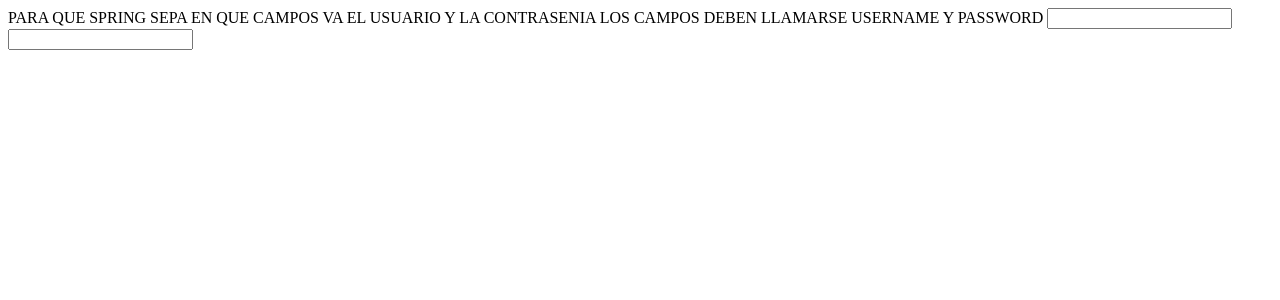
Repository: pauloesc/AprendiendoSpring1
Page: http://localhost/SpringModulo6/miFormularioLogin
An editor plug-in stored every save of this project. The page is shown before and after the next save, followed by the edit.
The browser window is 1280 px wide. The pictures show the whole page.
The page is served by Tomcat 9. Other server files are loaded and not shown.

Above is the page before, as saved 2024-01-10 20:00:47.

### SpringModulo6/src/main/webapp/WEB-INF/vistas/login.jsp
<%@ page language="java" contentType="text/html; charset=UTF-8"
    pageEncoding="UTF-8"%>

    <%@ taglib uri="http://www.springframework.org/tags/form" prefix="form" %>

<!DOCTYPE html>
<html>
<head>
<meta charset="UTF-8">
<title>Insert title here</title>
</head>
<body>

<form:form action="${pageContext.request.contextPath}/urlLogin" method="POST">

PARA QUE SPRING SEPA EN QUE CAMPOS VA EL USUARIO Y LA CONTRASENIA LOS
CAMPOS DEBEN LLAMARSE USERNAME Y PASSWORD
<input type="text" name="username"/>
<input type="password"  name="password">

</form:form>

</body>
</html>

After the next save:
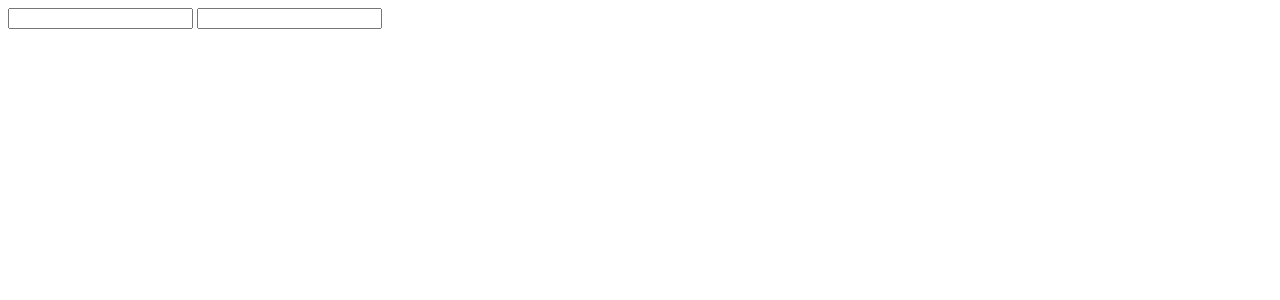
Saved 19 s later.
--- a/SpringModulo6/src/main/webapp/WEB-INF/vistas/login.jsp
+++ b/SpringModulo6/src/main/webapp/WEB-INF/vistas/login.jsp
@@ -13,8 +13,8 @@
 
 <form:form action="${pageContext.request.contextPath}/urlLogin" method="POST">
 
-PARA QUE SPRING SEPA EN QUE CAMPOS VA EL USUARIO Y LA CONTRASENIA LOS
-CAMPOS DEBEN LLAMARSE USERNAME Y PASSWORD
+<!-- PARA QUE SPRING SEPA EN QUE CAMPOS VA EL USUARIO Y LA CONTRASENIA LOS -->
+<!-- CAMPOS DEBEN LLAMARSE USERNAME Y PASSWORD -->
 <input type="text" name="username"/>
 <input type="password"  name="password">
 
